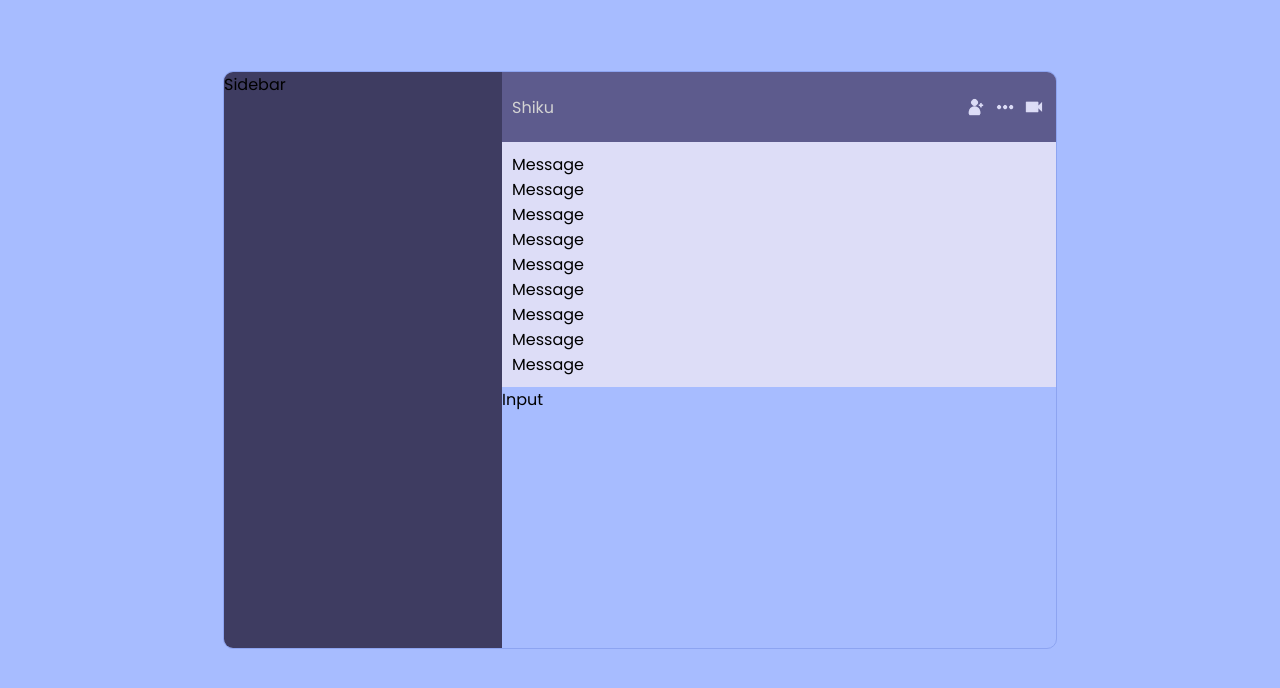
Repository: shikubro90/chatapp
Page: /
These files come from the project's save history. The page is drawn as it stood at one moment and after a run of saves; the edit follows.
The browser window is 1280 px wide. The pictures show the whole page.
The project was rebuilt for these pictures with package versions that can differ from the ones it lists, and the page was loaded fresh each time. Also part of the build but not shown: src/pages/Login.jsx, src/pages/Register.jsx.

Above is the page before, as saved 2022-09-14 19:45:54.

After the next 8 saves:
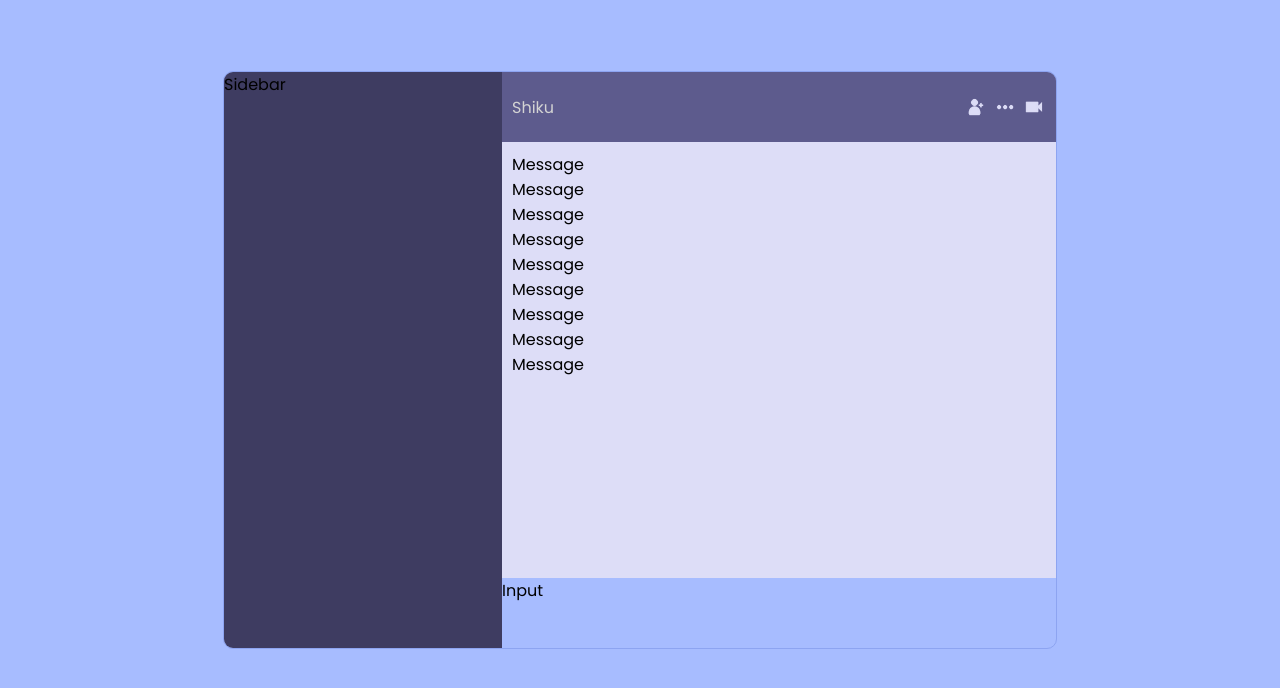
The 8 saves are shown as one change because 1 did not build or start and some came seconds apart.
The last was saved 67 s later.
--- a/src/style.scss
+++ b/src/style.scss
@@ -230,7 +230,7 @@
             .messages{
                 background: #ddddf7;
                 padding: 10px;
-
+                height: calc(100% - 160px);
             }
 
         }
